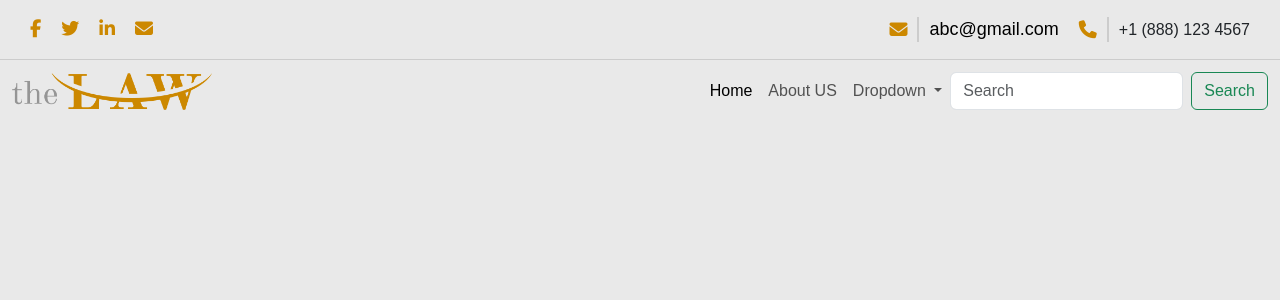
Repository: arehmanraza/lawyer_website
Page: Pages/index.html
The author's editor kept a copy of each file at every save. The page is drawn from the files as they stood at one save, then again after the next save.
The browser window is 1280 px wide. The pictures show the whole page.
Some web libraries are served in a nearby version.

Above is the page before, as saved 2024-05-22 01:43:37.

### Pages/index.html
<!DOCTYPE html>
<html lang="en">
  <head>
    <meta charset="utf-8" />
    <meta name="viewport" content="width=device-width, initial-scale=1" />
    <title>The Lawyer</title>
    <link
      rel="stylesheet"
      href="https://pro.fontawesome.com/releases/v5.10.0/css/all.css"
      integrity="sha384-AYmEC3Yw5cVb3ZcuHtOA93w35dYTsvhLPVnYs9eStHfGJvOvKxVfELGroGkvsg+p"
      crossorigin="anonymous"
    />
    <link rel="stylesheet" href="/Styling/style.css" />
    <link
      rel="stylesheet"
      href="https://cdnjs.cloudflare.com/ajax/libs/font-awesome/6.5.2/css/all.min.css"
      integrity="sha512-SnH5WK+bZxgPHs44uWIX+LLJAJ9/2PkPKZ5QiAj6Ta86w+fsb2TkcmfRyVX3pBnMFcV7oQPJkl9QevSCWr3W6A=="
      crossorigin="anonymous"
      referrerpolicy="no-referrer"
    />
    <link
      href="https://cdn.jsdelivr.net/npm/bootstrap@5.3.3/dist/css/bootstrap.min.css"
      rel="stylesheet"
      integrity="sha384-QWTKZyjpPEjISv5WaRU9OFeRpok6YctnYmDr5pNlyT2bRjXh0JMhjY6hW+ALEwIH"
      crossorigin="anonymous"
    />
  </head>
  <body>
    <div class="main-container">


      <!-- ---------------head_top_container start ------------------  -->




      <div class="head_top">
        <div class="head_top_left">
          <ul>
            <li>
              <i class="icon2 fa-brands fa-facebook-f"></i>
            </li>
            <li>
              <i class="icon2 fa-brands fa-twitter"></i>
            </li>
            <li>
              <i class="icon2 fa-brands fa-linkedin-in"></i>
            </li>
            <li>
              <i class="icon2 fa-solid fa-envelope"></i>
            </li>
          </ul>
        </div>
        <div class="head_top_right">
          <ul>
            <li>
              <i class="icon2 fa-solid fa-envelope"></i>
              <p class="border1"></p>
              <span><a class="phoneno" href = "mailto: a.rehman78766@gmail.com">abc@gmail.com</a></span>
            </li>
            <li>
              <i class="icon2 fa-solid fa-phone"></i>
              <p class="border1"></p>
              <span>+1 (888) 123 4567</span>
            </li>

          </ul>
        </div>
      </div>
      <!-- ---------------head_top_container end ------------------  -->






      <!-- ---------------Navbar_container start ------------------  -->


      <nav class="navbar navbar-expand-lg ">
        <div class="container-fluid">
          <a class="navbar-brand" href="#"><img src="/Images/logo.png"  width="200px"></a>
          <button class="navbar-toggler" type="button" data-bs-toggle="collapse" data-bs-target="#navbarSupportedContent" aria-controls="navbarSupportedContent" aria-expanded="false" aria-label="Toggle navigation">
            <span class="navbar-toggler-icon"></span>
          </button>
          <div class="collapse navbar-collapse" id="navbarSupportedContent">
            <ul class="navbar-nav ms-auto mb-2 mb-lg-0">
              <li class="nav-item">
                <a class="nav-link active" aria-current="page" href="#">Home</a>
              </li>
              <li class="nav-item">
                <a class="nav-link" href="#">About US</a>
              </li>
              <li class="nav-item dropdown">
                <a class="nav-link dropdown-toggle" href="#" role="button" data-bs-toggle="dropdown" aria-expanded="false">
                  Dropdown
                </a>
                <ul class="dropdown-menu">
                  <li><a class="dropdown-item" href="#">Action</a></li>
                  <li><a class="dropdown-item" href="#">Another action</a></li>
                  <li><hr class="dropdown-divider"></li>
                  <li><a class="dropdown-item" href="#">Something else here</a></li>
                </ul>
              </li>

            </ul>
            <form class="d-flex" role="search">
              <input class="form-control me-2" type="search" placeholder="Search" aria-label="Search">
              <button class="btn btn-outline-success" type="submit">Search</button>
            </form>
          </div>
        </div>
      </nav>





      <!-- ---------------Navbar_container end ------------------  -->





    </div>
    <script
      src="https://cdn.jsdelivr.net/npm/bootstrap@5.3.3/dist/js/bootstrap.bundle.min.js"
      integrity="sha384-YvpcrYf0tY3lHB60NNkmXc5s9fDVZLESaAA55NDzOxhy9GkcIdslK1eN7N6jIeHz"
      crossorigin="anonymous"
    ></script>
  </body>
</html>

### Styling/style.css
*{
    margin: 0;
    padding: 0;
    box-sizing: border-box;
    font-family: Arial, Helvetica, sans-serif, "Montserrat";
}
.main-container{
    background-color: #e9e9e9;
    width: 100%;
    height: 100vh;
    padding: 0px;
}

.head_top {
    width: 100%;
    height: 60px;
    display: flex;
    justify-content: space-between;
    align-items: center; /* Center items vertically */
    border-bottom: 1px solid #ccc;
    padding: 0px 20px;
}

.head_top_left {
    width: 50%;
    display: flex; /* Ensure the left container is also using flexbox */
    align-items: center; /* Center items vertically */
}
.head_top_left ul {
    display: flex;
    list-style: none;
    padding: 0;
    margin: 0;
}
.head_top_left ul li{
    padding: 0px 10px;
}
.head_top_right{
    display: flex;
    align-items: center;
    width: 50%;
}
.head_top_right ul{
    display: flex;
    list-style: none;
    padding: 0;
    margin: 0px 0px 0px auto;

}
.head_top_right ul li{
    padding: 0px 10px;
    display: flex;
    align-items: center;
}
.border1{
    border-left: 2px solid #ccc;

    height: 25px;
    margin: 0px 10px;
}
.icon2{
    color:  #cc8800;
  font-size: large;
}
.phoneno{
    color: black;
    font-size: 18px;
    font-weight: 500;
    text-decoration: none
}

After the next save:
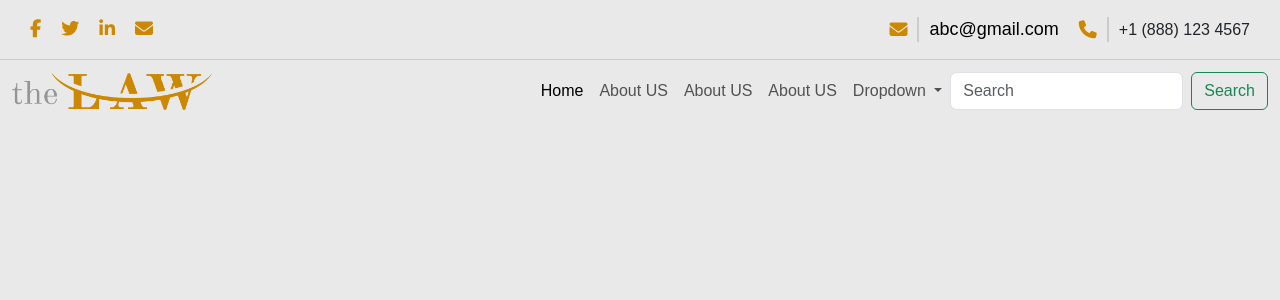
Saved 8 s later.
--- a/Pages/index.html
+++ b/Pages/index.html
@@ -91,6 +91,12 @@
               <li class="nav-item">
                 <a class="nav-link" href="#">About US</a>
               </li>
+              <li class="nav-item">
+                <a class="nav-link" href="#">About US</a>
+              </li>
+              <li class="nav-item">
+                <a class="nav-link" href="#">About US</a>
+              </li>
               <li class="nav-item dropdown">
                 <a class="nav-link dropdown-toggle" href="#" role="button" data-bs-toggle="dropdown" aria-expanded="false">
                   Dropdown
